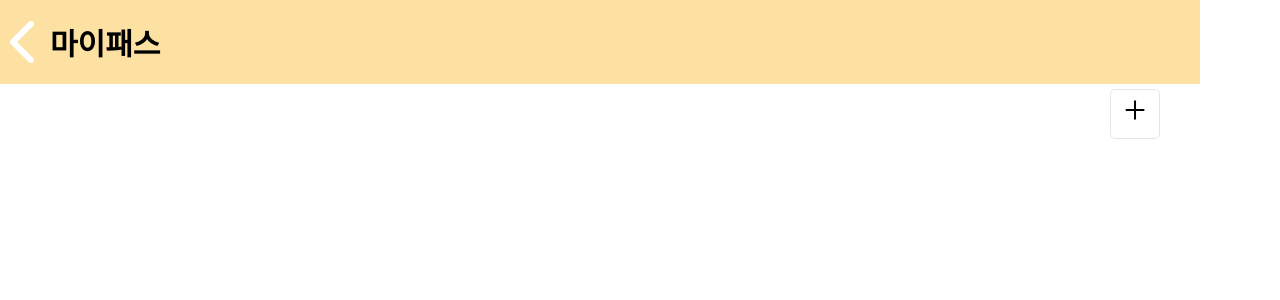
Repository: Lee-Front/myPath
Page: /
The author's editor kept a copy of each file at every save. The page is drawn from the files as they stood at one save, then again after the next save.
The browser window is 1280 px wide. The pictures show the whole page.
The page's requests for data from a server got no answer. Some web fonts or font styles are not loaded; a fallback is used. The project was rebuilt for these pictures with package versions that can differ from the ones it lists, and the page was loaded fresh each time. No one was signed in, and anything a server would have sent is missing. Also part of the build but not shown: src/pages/PathDetail.js, src/components/career/Editor/EditComponent.js, src/components/career/Editor/EditorTag/ImageTag.js, src/components/career/Editor/EditorTag/MultipleTag.js, src/components/career/Editor/EditorTag/CheckBoxTag.js, src/components/career/Editor/EditorTag/BulletPointTag.js, src/components/career/Editor/EditBranchComponent.js, src/components/common/PopupMenu.js and 4 more.

Above is the page before, as saved 2023-05-25 23:35:19.

After the next save:
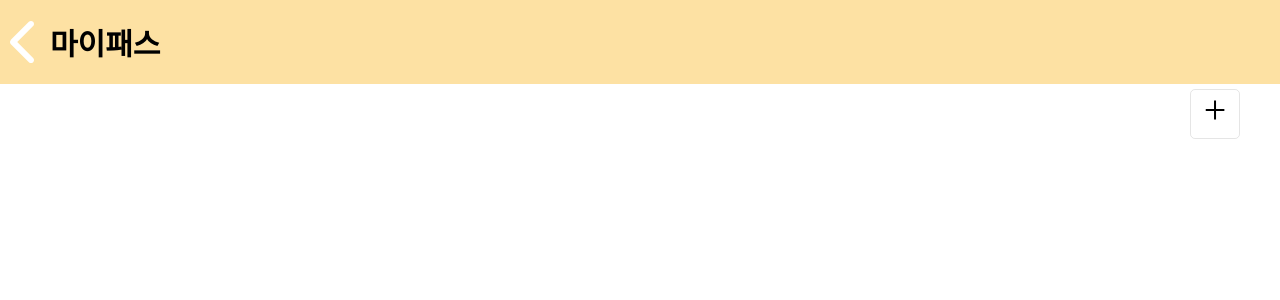
Saved 46 s later.
--- a/src/App.css
+++ b/src/App.css
@@ -56,7 +56,6 @@ html{
   overflow: hidden;
   font-size: 62.5%;
   min-width: 34rem;
-  max-width: 120rem;
 }
 
 a{
